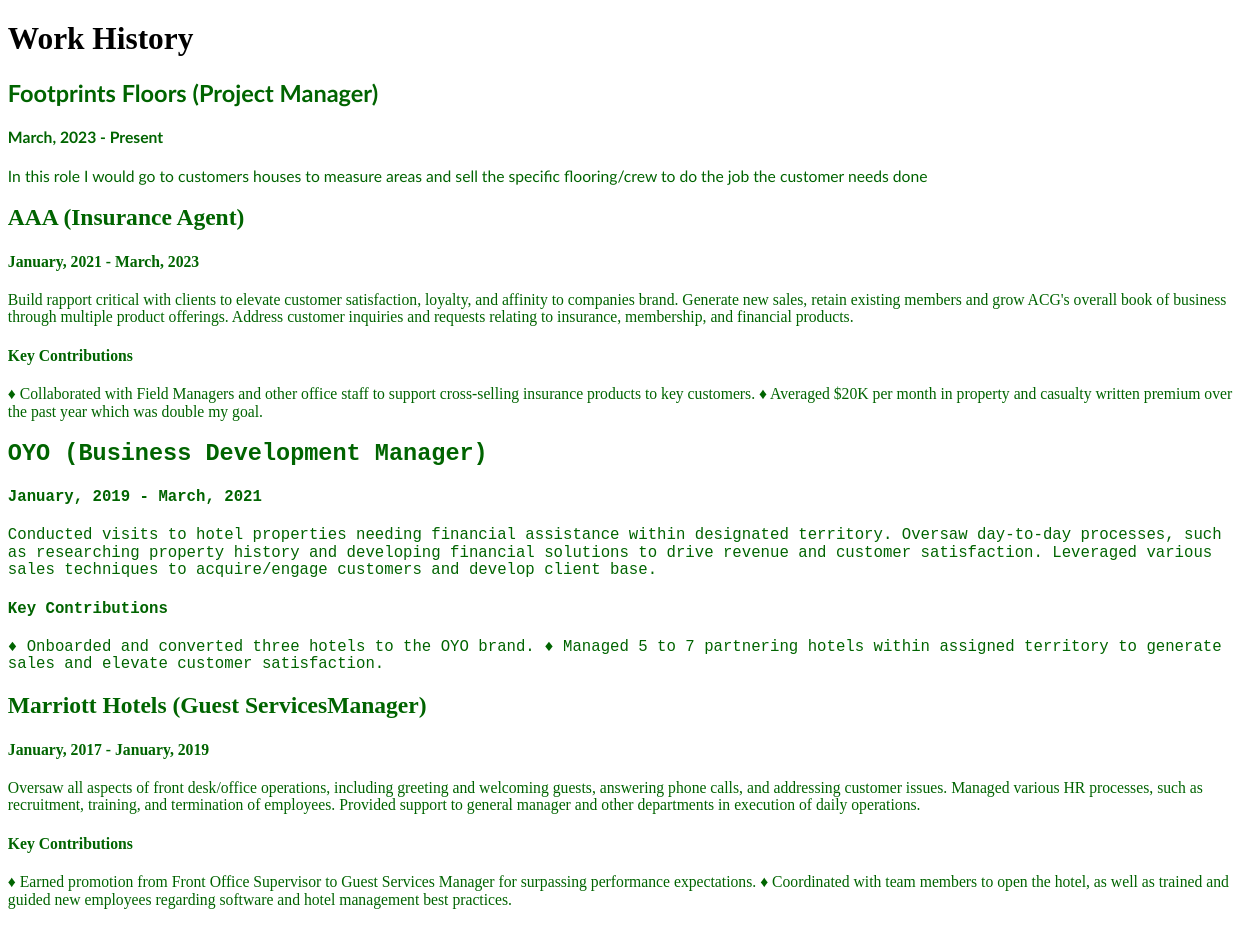
Repository: TEazy2433/LAB-HTML-Resume
Page: index.html
The author's editor kept a copy of each file at every save. The page is drawn from the files as they stood at one save, then again after the next save.
The browser window is 1280 px wide. The pictures show the whole page, at 98% of full size.

Above is the page before, as saved 2023-10-11 20:21:14.

### index.html
<!DOCTYPE html>
<html lang="en">
<head>
  <meta charset="UTF-8">
  <meta name="viewport" content="width=device-width, initial-scale=1.0">
  <title>Resume</title>
  <link rel="stylesheet" href="main.css">
  </head>
  <body>

  <script src="main.js"></script>
  </body>
  </html><html></html>
    </head>
      <title>Work History</title>
    </head>
    <body>
      <h1>Work History</h1>
      <article id="articleOne">
        <h2>Footprints Floors (Project Manager)</h2>
        <h4>March, 2023 - Present</h4>
        <section>
          <p>In this role I would go to customers houses to measure areas and sell the specific flooring/crew to do the job the customer needs done</p>
        </section>
      </article>

      <article id="articleTwo">
        <h2>AAA (Insurance Agent)</h2>
        <h4>January, 2021 - March, 2023</h4>
        <section>
          <p>Build rapport critical with clients to elevate customer satisfaction, loyalty, and affinity to companies brand. Generate new sales, retain existing members and grow ACG's overall book of business through multiple product offerings. Address customer inquiries and requests relating to insurance, membership, and financial products.</p>

          <h4>Key Contributions</h4>
          <P>♦ Collaborated with Field Managers and other office staff to support cross-selling insurance products to key customers.
            ♦ Averaged $20K per month in property and casualty written premium over the past year which was double my goal.</P>
        </section>
      </article>

      <article id="articleThree">
        <h2>OYO (Business Development Manager)</h2>
        <h4>January, 2019 - March, 2021</h4>
        <section>
          <p>Conducted visits to hotel properties needing financial assistance within designated territory. Oversaw day-to-day processes, such as researching property history and developing financial solutions to drive revenue and customer satisfaction. Leveraged various sales techniques to acquire/engage customers and develop client base.</p>

          <h4>Key Contributions</h4>
          <P>♦ Onboarded and converted three hotels to the OYO brand.
            ♦ Managed 5 to 7 partnering hotels within assigned territory to generate sales and elevate customer satisfaction.</P>
        </section>
      </article>

      <article id="articleFour">
        <h2>Marriott Hotels (Guest ServicesManager)</h2>
        <h4>January, 2017 - January, 2019</h4>
        <section>
          <p>Oversaw all aspects of front desk/office operations, including greeting and welcoming guests, answering phone calls, and addressing customer issues. Managed various HR processes, such as recruitment, training, and termination of employees. Provided support to general manager and other departments in execution of daily operations.</p>

          <h4>Key Contributions</h4>
          <P>♦ Earned promotion from Front Office Supervisor to Guest Services Manager for surpassing performance expectations.
            ♦ Coordinated with team members to open the hotel, as well as trained and guided new employees regarding software
            and hotel management best practices.</P>
        </section>
      </article>


    </body>

### main.css
title{
  color:darkgreen
}

h2{
  color: darkgreen;
}

p{
  color:darkgreen
}

h4{
  color:darkgreen
}

h5{
  color: darkgreen;
}

#articleOne{
  font-family: 'Gill Sans', 'Gill Sans MT', Calibri, 'Trebuchet MS', sans-serif;
}

#articleTwo{
  font-family: cursive;
}

#articleThree{
  font-family: 'Courier New', Courier, monospace;
}

#articleFour{
  font-family: fantasy;
}

### main.js
console.log("Resume");

After the next save:
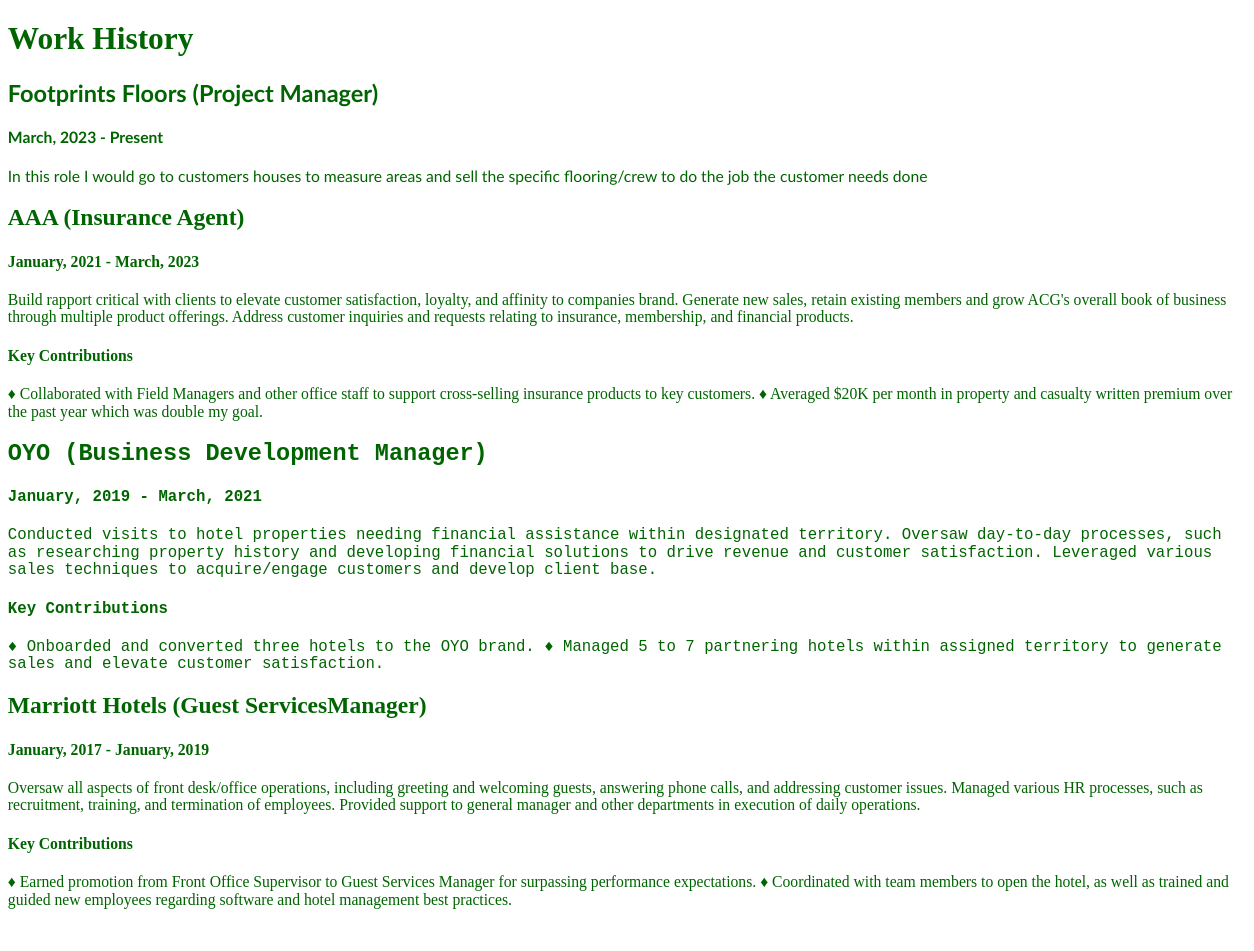
Saved 24 s later.
--- a/main.css
+++ b/main.css
@@ -1,4 +1,4 @@
-title{
+h1{
   color:darkgreen
 }
 
